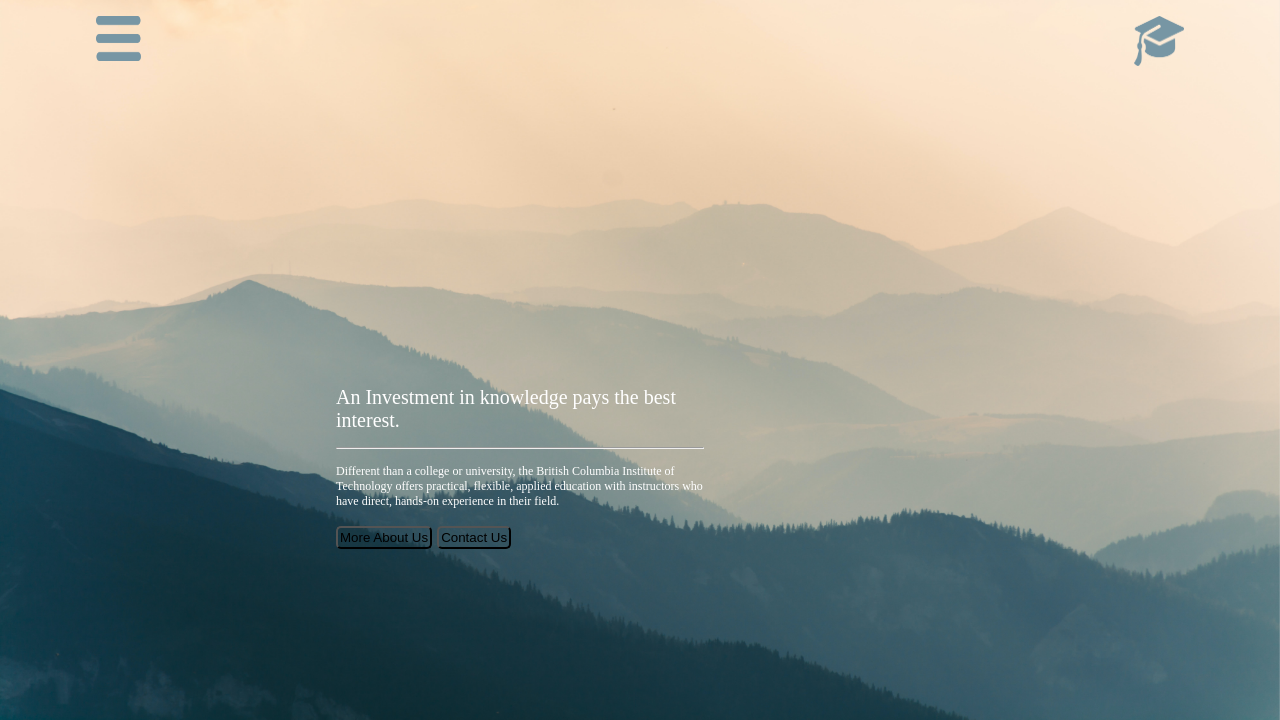
Repository: anoncoderin/assignment01-withCarousel-Madhu
Page: /
An editor plug-in stored every save of this project. The page is shown before and after a run of saves, followed by the edit.
The browser window is 1280 px wide. The pictures show the whole page.
The project was rebuilt for these pictures with package versions that can differ from the ones it lists, and the page was loaded fresh each time. The framework's server and built-in components were replaced by stand-ins that run in the browser. Also part of the build but not shown: next.config.js.

Above is the page before, as saved 2023-02-01 22:31:54.

After the next 4 saves:
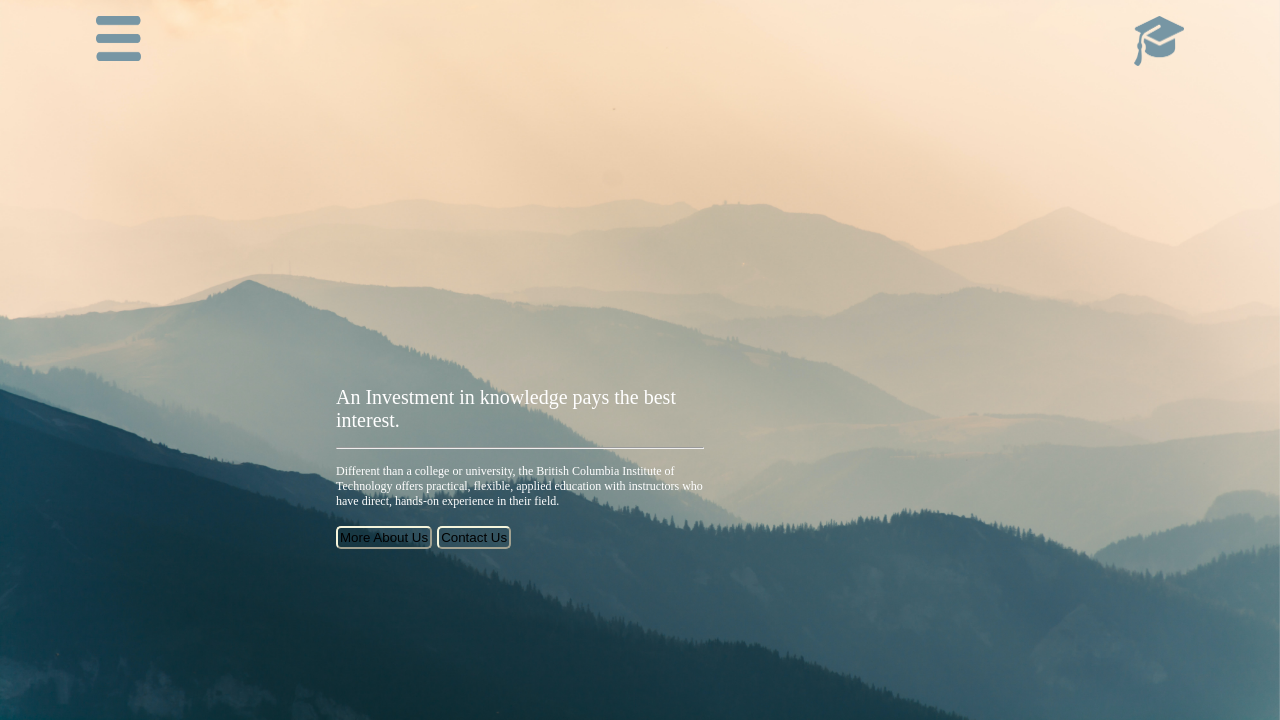
The 4 saves are shown as one change because they came seconds apart.
The last was saved 2 min 51 s later.
--- a/styles/Home.module.css
+++ b/styles/Home.module.css
@@ -48,6 +48,7 @@
   padding: 2px;
   background-color: transparent;
   border-radius: 5px;
+  border-color: beige;
 }
 .button:hover{
   background-color: beige;
